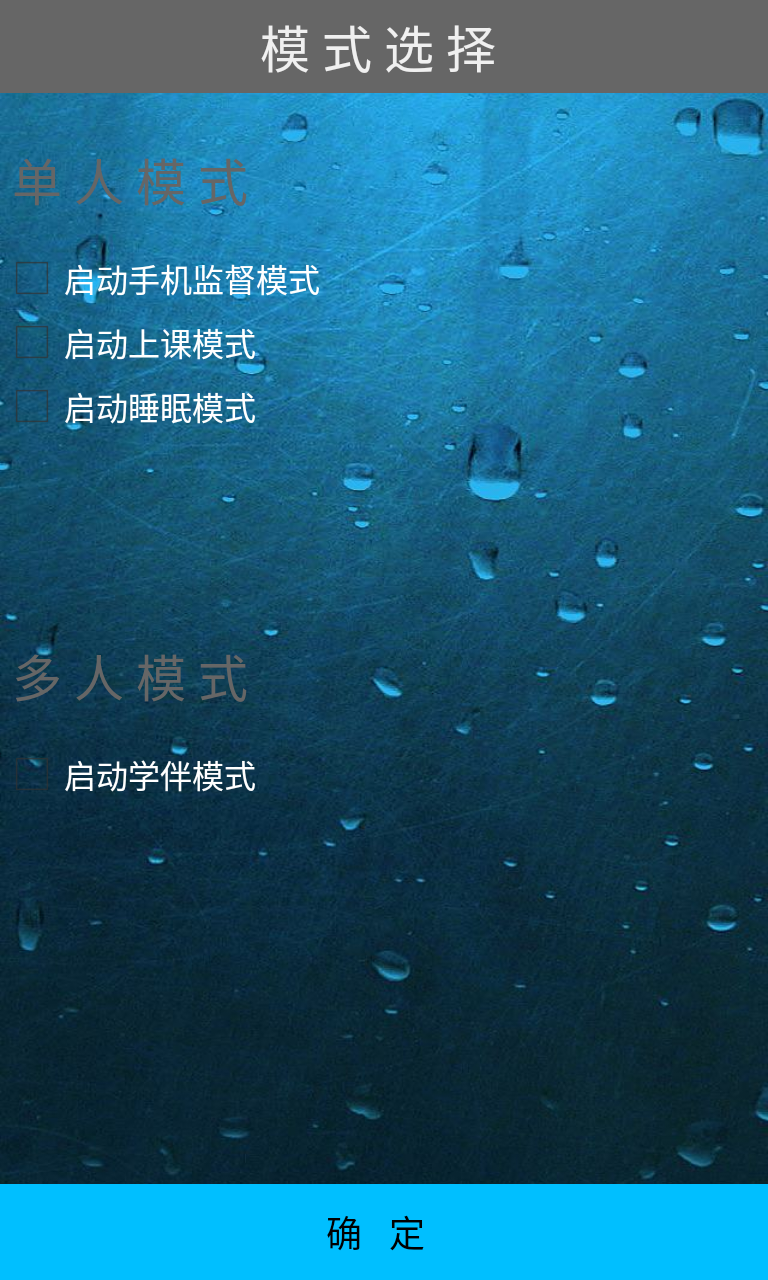
Repository: 17390089054/android
Layout: learning/res/layout/activity_second.xml
These files come from the project's save history. The layout is drawn as it stood at one moment and after the next save; the edit follows.
It is drawn on a 768 x 1280 px phone screen (xhdpi) without system bars, with theme AppTheme; the app's code is not run.

Above is the layout before, as saved 2018-05-01 14:19:18.

### learning/res/layout/activity_second.xml
<?xml version="1.0" encoding="utf-8"?>
<LinearLayout xmlns:android="http://schemas.android.com/apk/res/android"
    android:layout_width="match_parent"
    android:layout_height="match_parent"
    android:background="@drawable/bg2"
    android:orientation="vertical" >

    <TextView
        android:id="@+id/tv"
        android:layout_width="match_parent"
        android:layout_height="wrap_content"
        android:background="#666"
        android:gravity="center"
        android:padding="5dp"
        android:text=" 模 式 选 择  "
        android:textColor="#f0f0f0"
        android:textSize="25sp" />

    <LinearLayout
        android:layout_width="match_parent"
        android:layout_height="match_parent"
        android:layout_weight="1"
        android:orientation="vertical" >

        <TextView
            android:layout_width="match_parent"
            android:layout_height="wrap_content"
            android:layout_marginTop="25dp"
            android:text=" 单 人 模 式 "
            android:textColor="#666"
            android:textSize="25sp" />

        <CheckBox
            android:layout_width="wrap_content"
            android:layout_height="wrap_content"
            android:layout_marginTop="15dp"
             android:textColor="#fff"
            android:text="启动手机监督模式" />

        <CheckBox
            android:layout_width="wrap_content"
            android:layout_height="wrap_content"
             android:textColor="#fff"
            android:text="启动上课模式" />

        <CheckBox
            android:layout_width="wrap_content"
            android:layout_height="wrap_content"
            android:textColor="#fff"
            android:text="启动睡眠模式" />
    </LinearLayout>

    <LinearLayout
        android:layout_width="match_parent"
        android:layout_height="match_parent"
        android:layout_weight="1"
        android:orientation="vertical" >

        <TextView
            android:layout_width="wrap_content"
            android:layout_height="wrap_content"
            android:text=" 多 人 模 式 "
            android:textColor="#666"
            android:textSize="25sp" />

        <CheckBox
            android:layout_width="wrap_content"
            android:layout_height="wrap_content"
            android:layout_marginTop="15dp"
            android:textColor="#fff"
            android:text="启动学伴模式" />
    </LinearLayout>
	<Button
	    android:layout_width="match_parent"
	    android:layout_height="wrap_content"
	    android:padding="2dp"
	    android:background="#00bfff"
	    android:text=" 确   定   "
	    />
</LinearLayout>

Loaded but not shown: learning/res/values/styles.xml (common file); learning/res/values-v11/styles.xml (common file); learning/res/values-v14/styles.xml (common file)

After the next save:
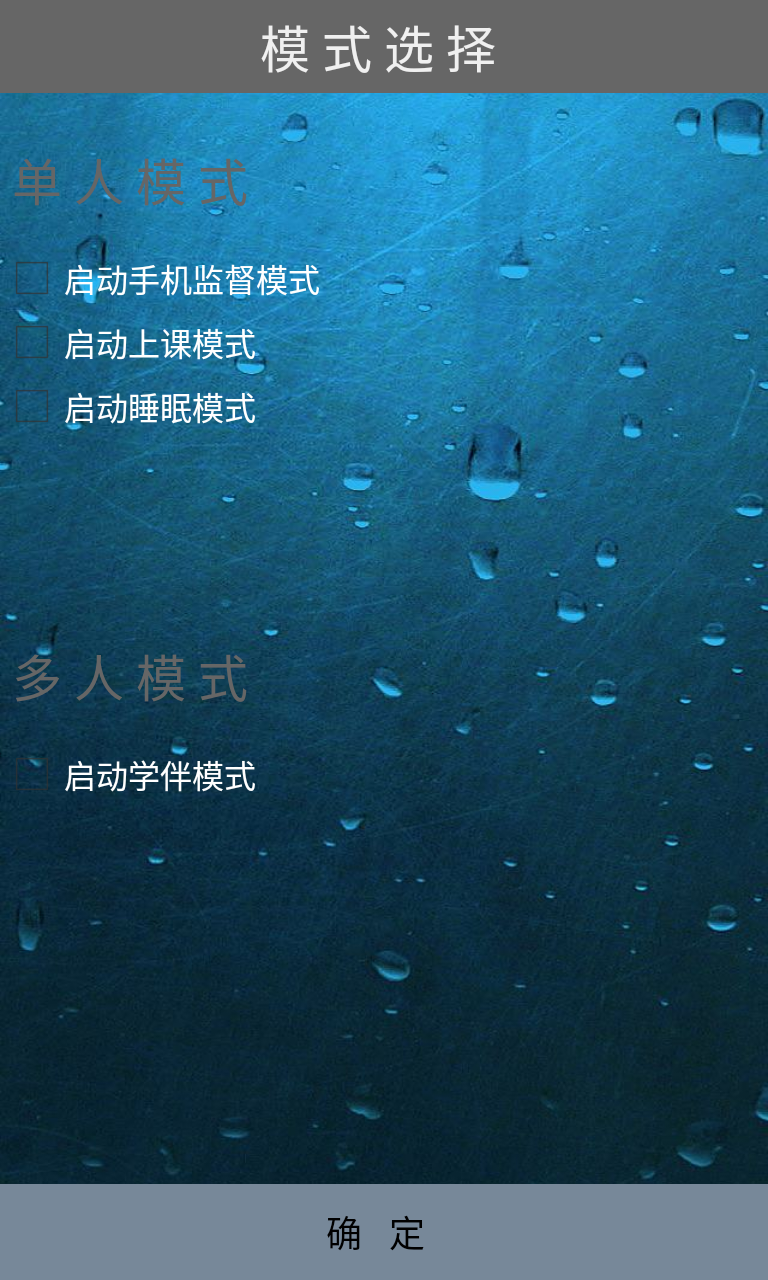
Saved 31 s later.
--- a/learning/res/layout/activity_second.xml
+++ b/learning/res/layout/activity_second.xml
@@ -74,7 +74,7 @@
 	    android:layout_width="match_parent"
 	    android:layout_height="wrap_content"
 	    android:padding="2dp"
-	    android:background="#00bfff"
+	    android:background="#778899"
 	    android:text=" 确   定   "
 	    />
 </LinearLayout>
